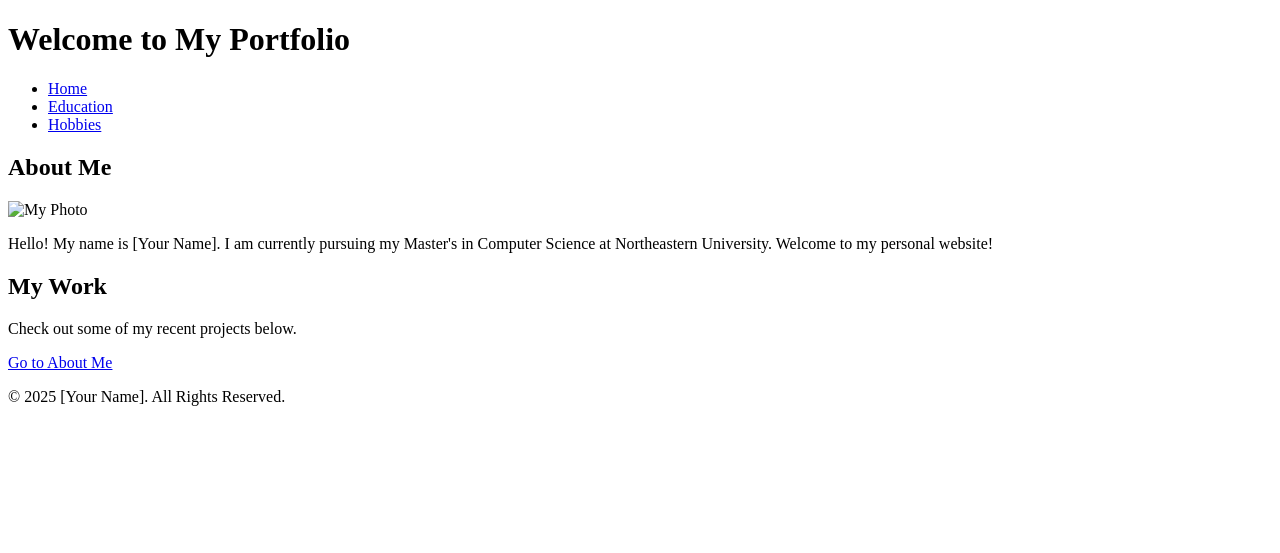
Repository: liulian26/CS5610
Page: assignment-1-liulian26/index.html
An editor plug-in stored every save of this project. The page is shown before and after the next save, followed by the edit.
The browser window is 1280 px wide. The pictures show the whole page.
Some icons come from a web library that is not loaded, so they are not drawn.

Above is the page before, as saved 2025-01-29 22:04:20.
Not found: assignment-1-liulian26/images/myphoto.jpg

### assignment-1-liulian26/index.html
<!DOCTYPE html>
<html lang="en">
<head>
    <meta charset="UTF-8">
    <meta name="viewport" content="width=device-width, initial-scale=1.0">
    <title>My Portfolio</title>
    <link rel="stylesheet" href="css/styles.css">
    <link rel="icon" href="images/favicon.ico" type="image/x-icon">
    <link href="https://fonts.googleapis.com/css2?family=Open+Sans:wght@400;700&display=swap" rel="stylesheet">
    <script src="https://kit.fontawesome.com/YOUR-FONT-AWESOME-KEY.js" crossorigin="anonymous"></script>
</head>
<body>
    <header>
        <h1>Welcome to My Portfolio</h1>
        <nav>
            <ul>
                <li><a href="index.html">Home</a></li>
                <li><a href="pages/education.html">Education</a></li>
                <li><a href="pages/hobbies.html">Hobbies</a></li>
            </ul>
        </nav>
    </header>

    <main>
        <section id="about">
            <h2>About Me</h2>
            <img src="images/myphoto.jpg" alt="My Photo">
            <p>Hello! My name is [Your Name]. I am currently pursuing my Master's in Computer Science at Northeastern University. Welcome to my personal website!</p>
        </section>

        <section id="projects">
            <h2>My Work</h2>
            <p>Check out some of my recent projects below.</p>
            <a href="#about">Go to About Me</a> <!-- 内部链接 -->
        </section>
    </main>

    <footer>
        <p>&copy; 2025 [Your Name]. All Rights Reserved.</p>
        <a href="https://github.com/YOUR-GITHUB" target="_blank">
            <i class="fab fa-github"></i>
        </a>
        <a href="mailto:your-email@northeastern.edu">
            <i class="fas fa-envelope"></i>
        </a>
    </footer>
</body>
</html>

Loaded but not shown: assignment-1-liulian26/css/styles.css (no stored copy; drawn as an empty file)

After the next save:
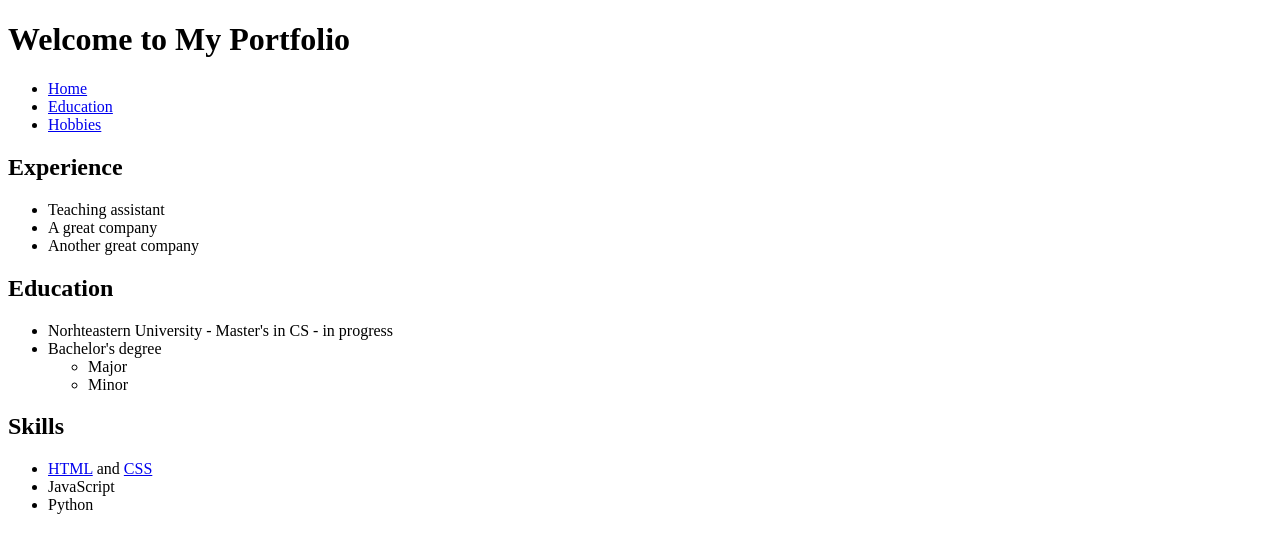
Saved 2 min 48 s later.
--- a/assignment-1-liulian26/index.html
+++ b/assignment-1-liulian26/index.html
@@ -22,27 +22,41 @@
     </header>
 
     <main>
-        <section id="about">
-            <h2>About Me</h2>
-            <img src="images/myphoto.jpg" alt="My Photo">
-            <p>Hello! My name is [Your Name]. I am currently pursuing my Master's in Computer Science at Northeastern University. Welcome to my personal website!</p>
-        </section>
+      <section class="experience">
+        <h2>Experience</h2>
+        <ul>
+          <li>Teaching assistant</li>
+          <li>A great company</li>
+          <li>Another great company</li>
+        </ul>
+      </section>
 
-        <section id="projects">
-            <h2>My Work</h2>
-            <p>Check out some of my recent projects below.</p>
-            <a href="#about">Go to About Me</a> <!-- 内部链接 -->
-        </section>
+
+      <section class="education">
+        <h2>Education</h2>
+        <ul class="education-list">
+          <li>Norhteastern University - Master's in CS - in progress</li>
+          <li>
+            Bachelor's degree
+            <ul>
+              <li>Major</li>
+              <li>Minor</li>
+            </ul>
+          </li>
+        </ul>
+      </section>
+
+      <section class="skills">
+        <h2>Skills</h2>
+        <ul>
+          <li>
+            <a href="https://en.wikipedia.org/wiki/HTML"> HTML</a> and
+            <a href="https://en.wikipedia.org/wiki/CSS">CSS </a>
+          </li>
+          <li>JavaScript</li>
+          <li>Python</li>
+        </ul>
+      </section>
     </main>
-
-    <footer>
-        <p>&copy; 2025 [Your Name]. All Rights Reserved.</p>
-        <a href="https://github.com/YOUR-GITHUB" target="_blank">
-            <i class="fab fa-github"></i>
-        </a>
-        <a href="mailto:your-email@northeastern.edu">
-            <i class="fas fa-envelope"></i>
-        </a>
-    </footer>
-</body>
+  </body>
 </html>
